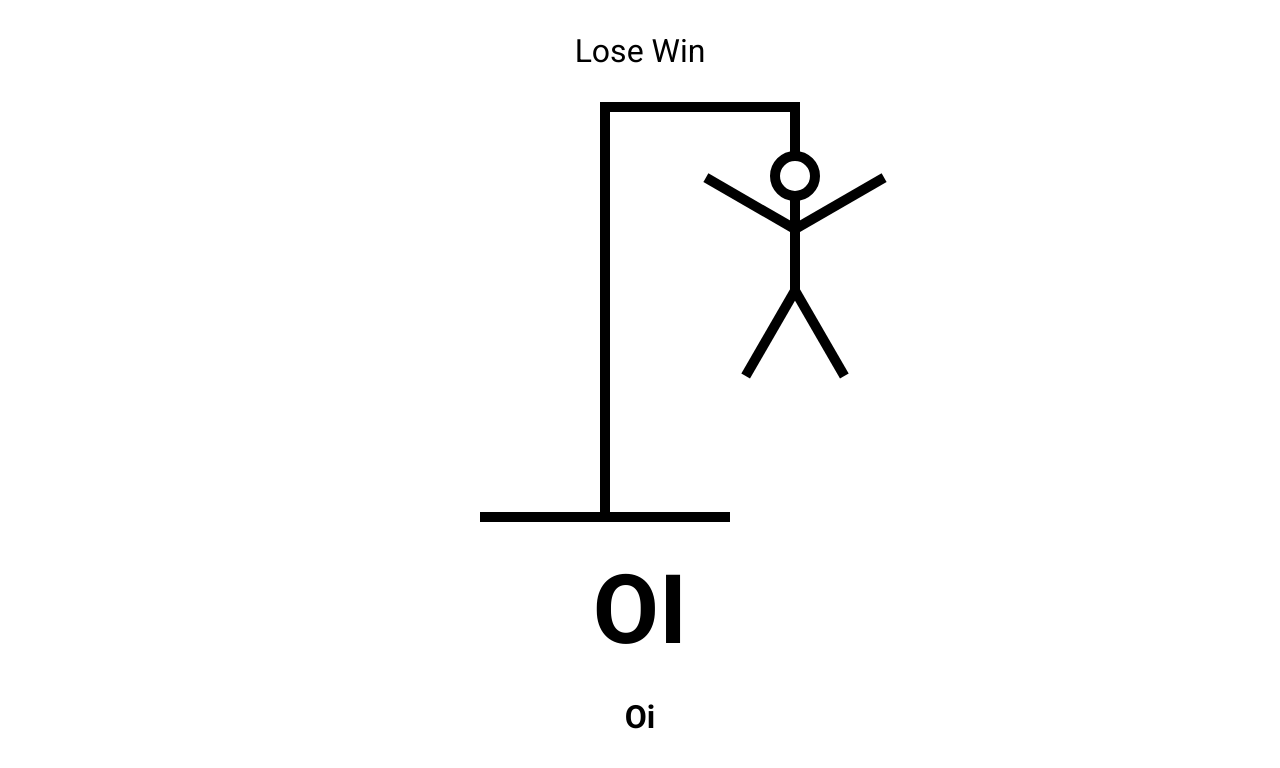
Repository: guilhermecardoso93/jogodaforca
Page: /
The author's editor kept a copy of each file at every save. The page is drawn from the files as they stood at one save, then again after the next save.
The browser window is 1280 px wide. The pictures show the whole page.
The project was rebuilt for these pictures with package versions that can differ from the ones it lists, and the page was loaded fresh each time. Also part of the build but not shown: vite.config.ts.

Above is the page before, as saved 2022-12-06 21:13:40.

### index.html
<!DOCTYPE html>
<html lang="en">
  <head>
    <meta charset="UTF-8" />
    <link rel="icon" type="image/svg+xml" href="/vite.svg" />
    <meta name="viewport" content="width=device-width, initial-scale=1.0" />
    <link rel="preconnect" href="https://fonts.googleapis.com"><link
      rel="preconnect" href="https://fonts.gstatic.com" crossorigin><link
      href="https://fonts.googleapis.com/css2?family=Roboto:ital,wght@0,400;0,500;0,700;1,400&display=swap"
      rel="stylesheet">
    <title>Vite + React + TS</title>
  </head>
  <body>
    <div id="root"></div>
    <script type="module" src="/src/main.tsx"></script>
  </body>
</html>

### src/App.tsx
import { useState } from "react";
import words from "./wordList.json";

import { HangmanDrawing } from "./components/HangmanDrawing";
import { HangmanWord } from "./components/HangmanWord";
import { Keyboard } from "./components/Keyboard";

import "./App.css";

export function App() {
  const randomWords = () => {
    return words[Math.floor(Math.random() * words.length)];
  };

  const [wordToGuess, setWordToGuess] = useState(randomWords);
  const [guessedLetters, setGuessedLetters] = useState<string[]>([]);

  console.log(wordToGuess);
  return (
    <div className="container">
      <div className="loseOrWin">Lose Win</div>
      <HangmanDrawing />
      <HangmanWord />
      <Keyboard />
    </div>
  );
}

### src/wordList.json
[
  "capaz",
  "sobre",
  "absoluto",
  "aceitar",
  "conta",
  "alcançar",
  "através",
  "ativo",
  "real",
  "Admitem",
  "anunciar",
  "afetar",
  "proporcionar",
  "depois",
  "tarde",
  "novamente",
  "contra",
  "agente",
  "aceita",
  "permitir",
  "quase",
  "já",
  "tudo bem",
  "também",
  "Apesar",
  "sempre",
  "América",
  "quantia",
  "outro",
  "responda",
  "separado",
  "aparente",
  "aparecer",
  "Aplique",
  "nomear",
  "abordagem",
  "apropriado",
  "área",
  "argumentar",
  "arranjo",
  "associado",
  "presumir",
  "participar",
  "autoridade",
  "acessível",
  "consciente",
  "horrível",
  "bebê",
  "Saldo",
  "bola",
  "banco",
  "base",
  "base",
  "urso",
  "bater",
  "beleza",
  "Porque",
  "antes da",
  "começar",
  "acreditam",
  "beneficiar",
  "melhor",
  "entre",
  "conta",
  "nascimento",
  "Preto",
  "cara",
  "sangue",
  "golpe",
  "limite",
  "linha",
  "Lista",
  "ouço",
  "pequena",
  "viver",
  "carregar",
  "local",
  "trancar",
  "Londres",
  "grandes",
  "olhar",
  "senhor",
  "perder",
  "amor",
  "sorte",
  "almoço",
  "máquina",
  "faço",
  "gerir",
  "muitos",
  "marca",
  "mercado",
  "casar",
  "Combine",
  "matéria",
  "significa",
  "significado",
  "a medida",
  "encontrar",
  "membro",
  "menção",
  "meio",
  "poderia",
  "milha",
  "ouvir",
  "coração",
  "aquecer",
  "pesado",
  "inferno",
  "ajuda",
  "aqui",
  "Alto",
  "história",
  "aguarde",
  "feriado",
  "casa",
  "honesto",
  "esperança",
  "cavalo",
  "hospital",
  "hora",
  "lar",
  "Contudo",
  "olá",
  "centenas",
  "esposo",
  "idéia",
  "identificar",
  "Imagine",
  "importante",
  "melhorar",
  "incluir",
  "renda",
  "aumentar",
  "na verdade",
  "Individual",
  "indústria",
  "informar",
  "garantir",
  "interesse",
  "em",
  "introduzir",
  "investir",
  "envolver",
  "questão",
  "item",
  "Jesus",
  "Junte",
  "juiz",
  "pular",
  "apenas",
  "guarda",
  "matar",
  "Gentil",
  "rei",
  "cozinha",
  "bater",
  "conhecer",
  "trabalho",
  "senhora",
  "terra",
  "Língua",
  "ampla",
  "último",
  "tarde",
  "riso",
  "conduzir",
  "aprender",
  "sair",
  "deixei",
  "menos",
  "carta",
  "nível",
  "vida",
  "leve",
  "Curti",
  "provável",
  "cinco",
  "apartamento",
  "piso",
  "Segue",
  "Comida",
  "pé",
  "força",
  "esquecer",
  "Formato",
  "fortuna",
  "frente",
  "quatro",
  "França",
  "gratuitamente",
  "amigo",
  "a partir de",
  "frente",
  "cheio",
  "função",
  "fundo",
  "futuro",
  "jogos",
  "jardim",
  "em geral",
  "Alemanha",
  "menina",
  "dar",
  "vidro",
  "Boa",
  "adeus",
  "governo",
  "grande",
  "conceder",
  "excelente",
  "verde",
  "chão",
  "grupo",
  "crescer",
  "acho",
  "cabelo",
  "metade",
  "corredor",
  "mão",
  "pendurar",
  "acontecer",
  "feliz",
  "duro",
  "odiar",
  "tenho",
  "cabeça",
  "saúde"
]

### src/components/HangmanDrawing.tsx
const HEAD = (
  <div
    style={{
      width: "50px",
      height: "50px",
      borderRadius: "100%",
      border: "10px solid black",
      position: "absolute",
      top: "49px",
      right: "-20px",
    }}
  />
);

const BODY = (
  <div
    style={{
      width: "10px",
      height: "100px",
      background: "black",
      position: "absolute",
      top: "90px",
      right: 0,
    }}
  />
);

const RIGHT_ARM = (
  <div
    style={{
      width: "100px",
      height: "10px",
      background: "black",
      position: "absolute",
      top: "120px",
      right: "-100px",
      rotate: "-30deg",
      transformOrigin: "left bottom",
    }}
  />
);

const LEFT_ARM = (
  <div
    style={{
      width: "100px",
      height: "10px",
      background: "black",
      position: "absolute",
      top: "120px",
      right: "10px",
      rotate: "30deg",
      transformOrigin: "right bottom",
    }}
  />
);

const RIGHT_LEG = (
  <div
    style={{
      width: "100px",
      height: "10px",
      background: "black",
      position: "absolute",
      top: "180px",
      right: "-90px",
      rotate: "60deg",
      transformOrigin: "left bottom",
    }}
  />
);

const LEFT_LEG = (
  <div
    style={{
      width: "100px",
      height: "10px",
      background: "black",
      position: "absolute",
      top: "180px",
      right: 0,
      rotate: "-60deg",
      transformOrigin: "right bottom",
    }}
  />
);

const BODY_PARTS = [HEAD, BODY, RIGHT_ARM, LEFT_ARM, RIGHT_LEG, LEFT_LEG];

type HangmanDrawingProps = {
  numberOfGuesses: number
}

export function HangmanDrawing() {
  return (
    <div style={{ position: "relative" }}>
      {BODY_PARTS}
      <div
        style={{
          height: "50px",
          width: "10px",
          background: "black",
          position: "absolute",
          top: 0,
          right: 0,
        }}
      />
      <div
        style={{
          height: "10px",
          width: "200px",
          background: "black",
          marginLeft: "120px",
        }}
      />
      <div
        style={{
          height: "400px",
          width: "10px",
          background: "black",
          marginLeft: "120px",
        }}
      />
      <div style={{ height: "10px", width: "250px", background: "black" }} />
    </div>
  );
}

### src/components/HangmanWord.tsx
import "../App.css";
export function HangmanWord() {
  return (
    <div className="HangmanWordContainer">
      <h1>Oi</h1>
    </div>
  )
}

### src/components/Keyboard.tsx
export function Keyboard() {
  return (
    <div>
      <h1>Oi</h1>
    </div>
  )
}

### src/App.css
* {
  margin: 0;
  passing: 0;
  box-sizing: border-box;
  font-family: "Roboto", sans-serif;
}

body {
  margin: 2rem;
}

.container {
  max-width: 800px;
  display: flex;
  flex-direction: column;
  gap: 2rem;
  margin: 0 auto;
  align-items: center;
  justify-content: center;
}

.loseOrWin {
  font-size: 2rem;
  text-align: center;
}

.HangmanWordContainer {
  display: flex;
  gap: 0.25em;
  font-size: 3rem;
  font-weight: bold;
  text-transform: uppercase;
}

.HangmanWordContainer > span {
  border-bottom: 1em solid black;
}

Loaded but not shown: src/main.tsx (common file)

After the next save:
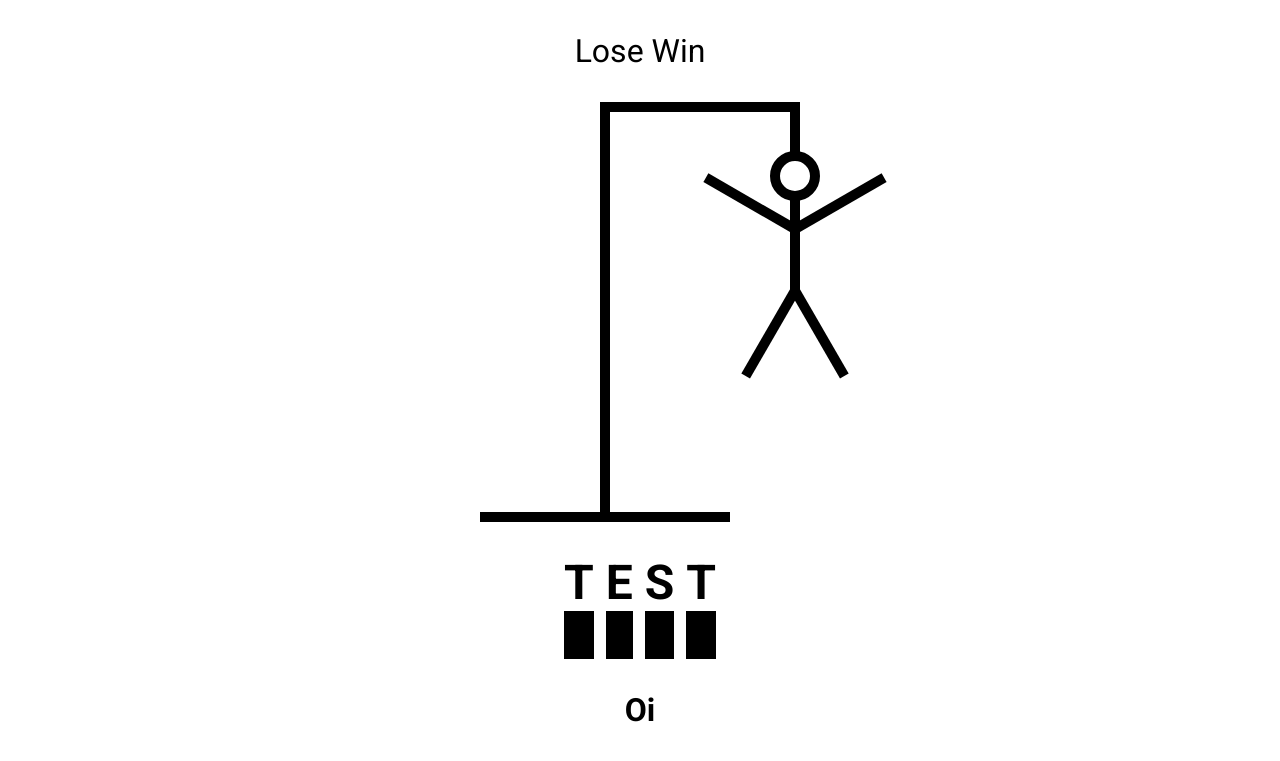
Saved 4 s later.
--- a/src/components/HangmanWord.tsx
+++ b/src/components/HangmanWord.tsx
@@ -1,8 +1,13 @@
 import "../App.css";
+
 export function HangmanWord() {
+  const word = 'test'
   return (
     <div className="HangmanWordContainer">
-      <h1>Oi</h1>
+      {
+        word.split('').map((letter, index) => (
+          <span>{letter}</span>
+        ))}
     </div>
   )
 }
